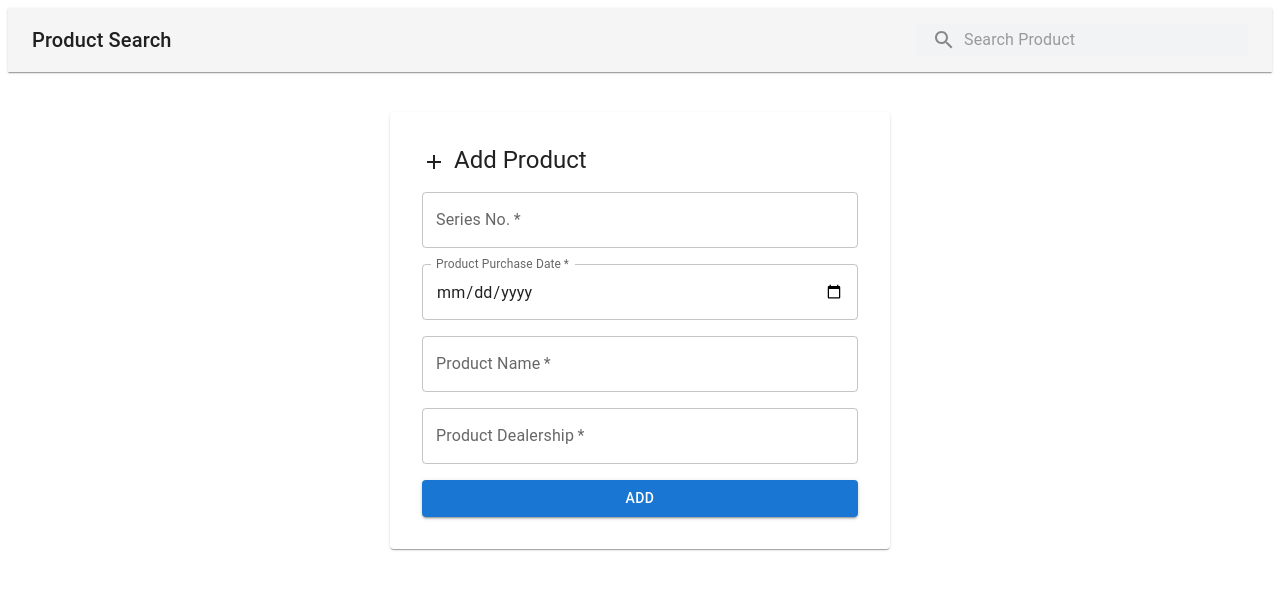
Repository: Sharathguru/Product_Task
Page: /insert (app in Frontend/)
These files come from the project's save history. The page is drawn as it stood at one moment and after the next save; the edit follows.
The browser window is 1280 px wide. The pictures show the whole page.
The project was rebuilt for these pictures with package versions that can differ from the ones it lists, and the page was loaded fresh each time. Also part of the build but not shown: Frontend/vite.config.js, Frontend/src/index.css, Frontend/src/Pages/Fetch.jsx, Frontend/src/Components/Home.jsx, Frontend/src/Pages/Update.jsx, Frontend/src/Pages/Delete.jsx.

Above is the page before, as saved 2025-06-13 16:10:02.

### Frontend/src/App.jsx
import React from 'react'
import { BrowserRouter, Route, Routes } from 'react-router-dom'
import { ToastContainer } from 'react-toastify';
import 'react-toastify/dist/ReactToastify.css';
import Home from './Components/Home'
import Insert from './Pages/Insert'
import Update from './Pages/Update'
import Fetch from './Pages/Fetch'
import Delete from './Pages/Delete'

const App = () => {
  return (
    <>
      <ToastContainer position="top-right" autoClose={2000} />
      <BrowserRouter>
      <Routes>
        <Route path="/" element={<Home />} />
        <Route path="/insert" element={<Insert />} />
        <Route path="/update" element={<Update />} />
        <Route path="/fetch" element={<Fetch />} />
        <Route path="/delete" element={<Delete />} />
      </Routes>
        {/* <Route path="*" element={<h1>404 Not Found</h1>} /> */}
      </BrowserRouter>
    </>
  )
}

export default App

### Frontend/src/Pages/Insert.jsx
import React from "react";
import axios from "../axios/axios.js";
import { useNavigate } from "react-router-dom";
import { toast } from "react-toastify";
import {
  Box,
  Button,
  Paper,
  TextField,
  Typography,
  Stack,
  Alert,
} from "@mui/material";
import AddIcon from "@mui/icons-material/Add";
import Navbar from "../Components/Navbar.jsx";

const Insert = () => {
  const [data, setData] = React.useState({
    Series_No: "",
    Product_Purchase_Date: "",
    Product_Name: "",
    Product_Dealership: "",
  });
  const [error, setError] = React.useState("");
  const [success, setSuccess] = React.useState("");
  const navigate = useNavigate();

  const handleChange = (e) => {
    setData({
      ...data,
      [e.target.name]: e.target.value,
    });
  };
  const getDetail=async (e)=>{

  }

  const handleSubmit = async (e) => {
    e.preventDefault();
    try {
      await axios.post("/user", data);
      toast.success("Product added successfully!");
      setTimeout(() => navigate("/"), 1000);
    } catch (err) {
      toast.error("Failed to add product.");
    }
  };

  return (
    <>
    <Navbar/>
    <Box sx={{ maxWidth: 500, mx: "auto", mt: 5 }}>
      <Paper sx={{ p: 4 }}>
        <Typography variant="h5" mb={2}>
          <AddIcon sx={{ mr: 1, verticalAlign: "middle" }} />
          Add Product
        </Typography>
        <form onSubmit={handleSubmit}>
          <Stack spacing={2}>
            <TextField
              label="Series No."
              name="Series_No"
              value={data.Series_No}
              onChange={handleChange}
              required
              fullWidth
            />
            <TextField
              label="Product Purchase Date"
              name="Product_Purchase_Date"
              type="date"
              value={data.Product_Purchase_Date}
              onChange={handleChange}
              required
              InputLabelProps={{ shrink: true }}
              fullWidth
            />
            <TextField
              label="Product Name"
              name="Product_Name"
              value={data.Product_Name}
              onChange={handleChange}
              required
              fullWidth
            />
            <TextField
              label="Product Dealership"
              name="Product_Dealership"
              value={data.Product_Dealership}
              onChange={handleChange}
              required
              fullWidth
            />
            <Button type="submit" variant="contained" color="primary">
              Add
            </Button>
            {error && <Alert severity="error">{error}</Alert>}
            {success && <Alert severity="success">{success}</Alert>}
          </Stack>
        </form>
      </Paper>
    </Box>
    </>
  );

};

export default Insert;

### Frontend/src/Components/Navbar.jsx
import React from "react";
import AppBar from "@mui/material/AppBar";
import Toolbar from "@mui/material/Toolbar";
import Typography from "@mui/material/Typography";
import Box from "@mui/material/Box";
import InputBase from "@mui/material/InputBase";
import SearchIcon from "@mui/icons-material/Search";

const Navbar = ({ search, setSearch }) => {
  return (
    <AppBar position="static" color="default" elevation={1}>
      <Toolbar>
        <Box sx={{ display: "flex", alignItems: "center", flexGrow: 1 }}>
          <Typography variant="h6" color="inherit" noWrap>
            Product Search
          </Typography>
        </Box>
        <Box
          sx={{
            position: "relative",
            borderRadius: 1,
            backgroundColor: "#f1f3f4",
            marginLeft: 0,
            width: 300,
            display: "flex",
            alignItems: "center",
            px: 2,
          }}
        >
          <SearchIcon sx={{ color: "#888", mr: 1 }} />
          <InputBase
            placeholder="Search Product"
            inputProps={{ "aria-label": "search" }}
            fullWidth
            value={search}
            onChange={(e) => setSearch(e.target.value)}
          />
        </Box>
      </Toolbar>
    </AppBar>
  );
};

export default Navbar;

### Frontend/src/axios/axios.js
import axios from 'axios'

const instance = axios.create({
    baseURL: 'http://localhost:3000'
})
export default instance

### Frontend/src/Pages/product.js
const productNames = [
  "Samsung AC",
  "LG TV",
  "Sony Camera",
  "Dell Laptop",
  "Apple iPhone"
];

export default productNames;

Loaded but not shown: Frontend/index.html (common file); Frontend/src/main.jsx (common file)

After the next save:
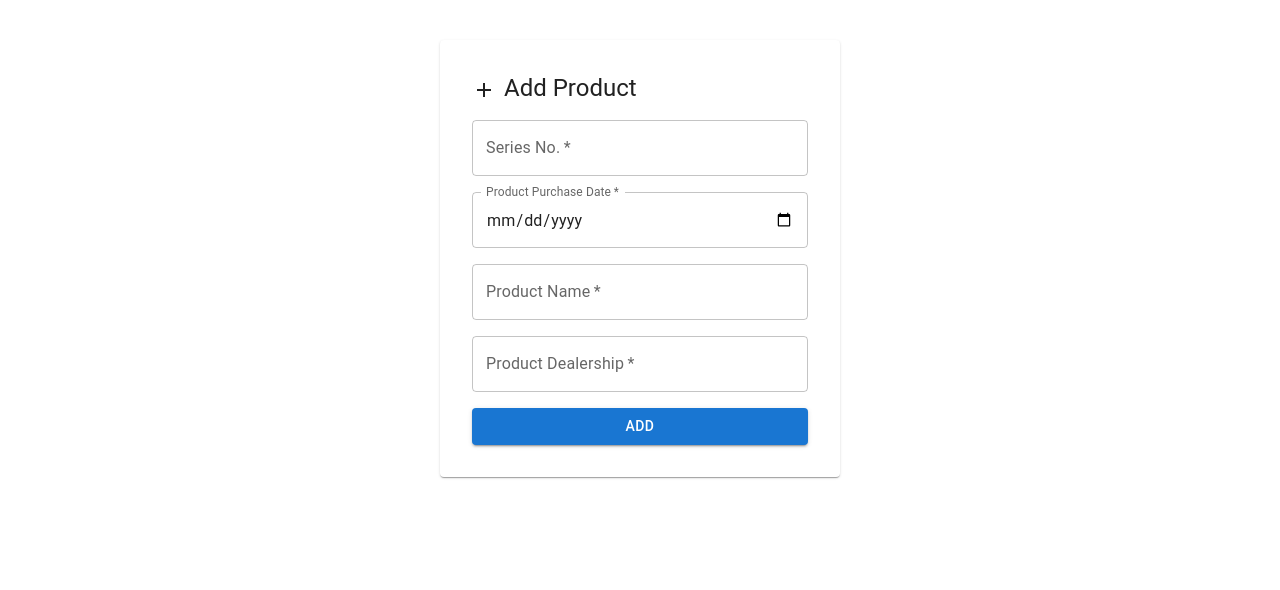
Saved 10 s later.
--- a/Frontend/src/Pages/Insert.jsx
+++ b/Frontend/src/Pages/Insert.jsx
@@ -9,10 +9,20 @@ import {
   TextField,
   Typography,
   Stack,
-  Alert,
+  Autocomplete,
 } from "@mui/material";
 import AddIcon from "@mui/icons-material/Add";
-import Navbar from "../Components/Navbar.jsx";
+import productNames from "./product"; // Import your product names
+
+const dealershipOptions = [
+  "Flipkart",
+  "LG-7900T",
+  "DSC-RX100",
+  "Best Buy",
+  "Dealer A",
+  "Dealer B",
+  "Dealer C",
+];
 
 const Insert = () => {
   const [data, setData] = React.useState({
@@ -21,8 +31,6 @@ const Insert = () => {
     Product_Name: "",
     Product_Dealership: "",
   });
-  const [error, setError] = React.useState("");
-  const [success, setSuccess] = React.useState("");
   const navigate = useNavigate();
 
   const handleChange = (e) => {
@@ -31,14 +39,22 @@ const Insert = () => {
       [e.target.name]: e.target.value,
     });
   };
-  const getDetail=async (e)=>{
 
-  }
+  const handleAutoChange = (name, value) => {
+    setData({
+      ...data,
+      [name]: value,
+    });
+  };
 
   const handleSubmit = async (e) => {
     e.preventDefault();
+    if (!data.Product_Name || !data.Product_Dealership) {
+      toast.error("Please fill all fields.");
+      return;
+    }
     try {
-      await axios.post("/user", data);
+      await axios.post("/products", data);
       toast.success("Product added successfully!");
       setTimeout(() => navigate("/"), 1000);
     } catch (err) {
@@ -48,8 +64,7 @@ const Insert = () => {
 
   return (
     <>
-    <Navbar/>
-    <Box sx={{ maxWidth: 500, mx: "auto", mt: 5 }}>
+    <Box sx={{ maxWidth: 400, mx: "auto", mt: 5 }}>
       <Paper sx={{ p: 4 }}>
         <Typography variant="h5" mb={2}>
           <AddIcon sx={{ mr: 1, verticalAlign: "middle" }} />
@@ -75,34 +90,43 @@ const Insert = () => {
               InputLabelProps={{ shrink: true }}
               fullWidth
             />
-            <TextField
-              label="Product Name"
-              name="Product_Name"
+            <Autocomplete
+              freeSolo
+              options={productNames}
               value={data.Product_Name}
-              onChange={handleChange}
-              required
-              fullWidth
+              onInputChange={(_, value) => handleAutoChange("Product_Name", value)}
+              renderInput={(params) => (
+                <TextField
+                  {...params}
+                  label="Product Name"
+                  required
+                  fullWidth
+                />
+              )}
             />
-            <TextField
-              label="Product Dealership"
-              name="Product_Dealership"
+            <Autocomplete
+              freeSolo
+              options={dealershipOptions}
               value={data.Product_Dealership}
-              onChange={handleChange}
-              required
-              fullWidth
+              onInputChange={(_, value) => handleAutoChange("Product_Dealership", value)}
+              renderInput={(params) => (
+                <TextField
+                  {...params}
+                  label="Product Dealership"
+                  required
+                  fullWidth
+                />
+              )}
             />
-            <Button type="submit" variant="contained" color="primary">
+            <Button type="submit" variant="contained" color="primary" fullWidth>
               Add
             </Button>
-            {error && <Alert severity="error">{error}</Alert>}
-            {success && <Alert severity="success">{success}</Alert>}
           </Stack>
         </form>
       </Paper>
     </Box>
     </>
   );
-
 };
 
 export default Insert;
